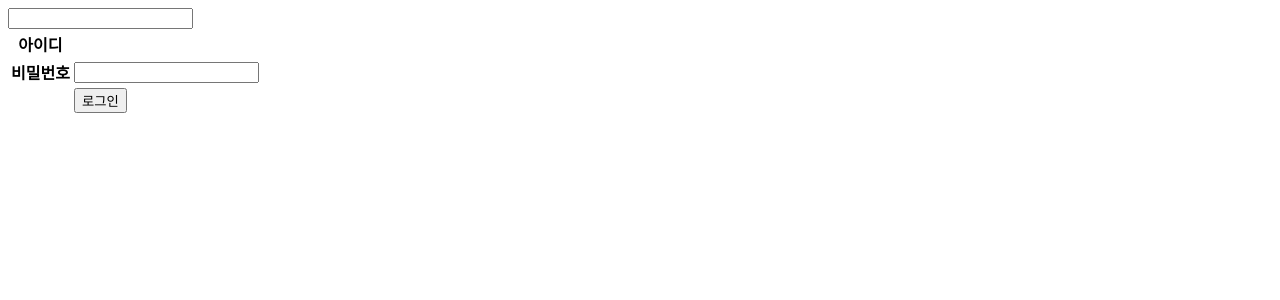
Repository: ssookkdduugg/jsp
Page: http://localhost/Hello/login.jsp
These files come from the project's save history. The page is drawn as it stood at one moment and after the next save; the edit follows.
The browser window is 1280 px wide. The pictures show the whole page.
The page is served by Tomcat 9.

Above is the page before, as saved 2023-09-19 03:35:15.

After the next save:
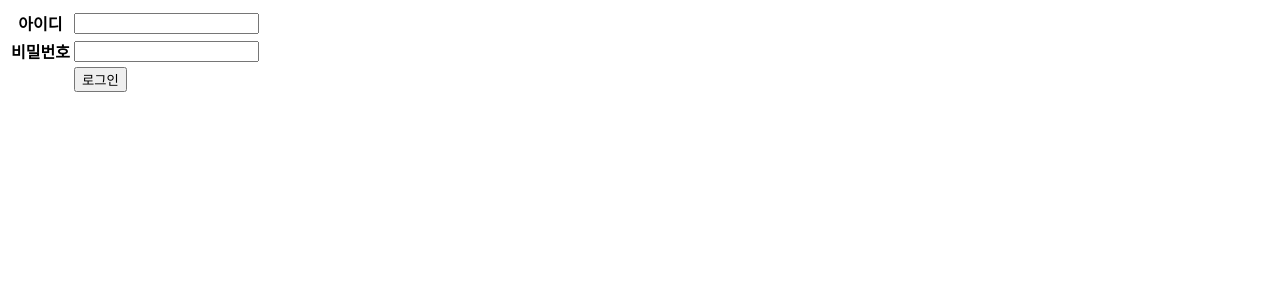
Saved 8 s later.
--- a/Hello/src/main/webapp/login.jsp
+++ b/Hello/src/main/webapp/login.jsp
@@ -9,7 +9,7 @@
 <body>
 <table>
 <form action="/Login" method="get">
-	<tr><th>아이디</th></td><input type="text" name="id"></td></tr>
+	<tr><th>아이디</th><td><input type="text" name="id"></td></tr>
 	<tr><th>비밀번호</th><td><input type="password" name="password"></td></tr>
 	<tr><td></td><td><input type="submit" value="로그인"></td></tr>
 </table>
